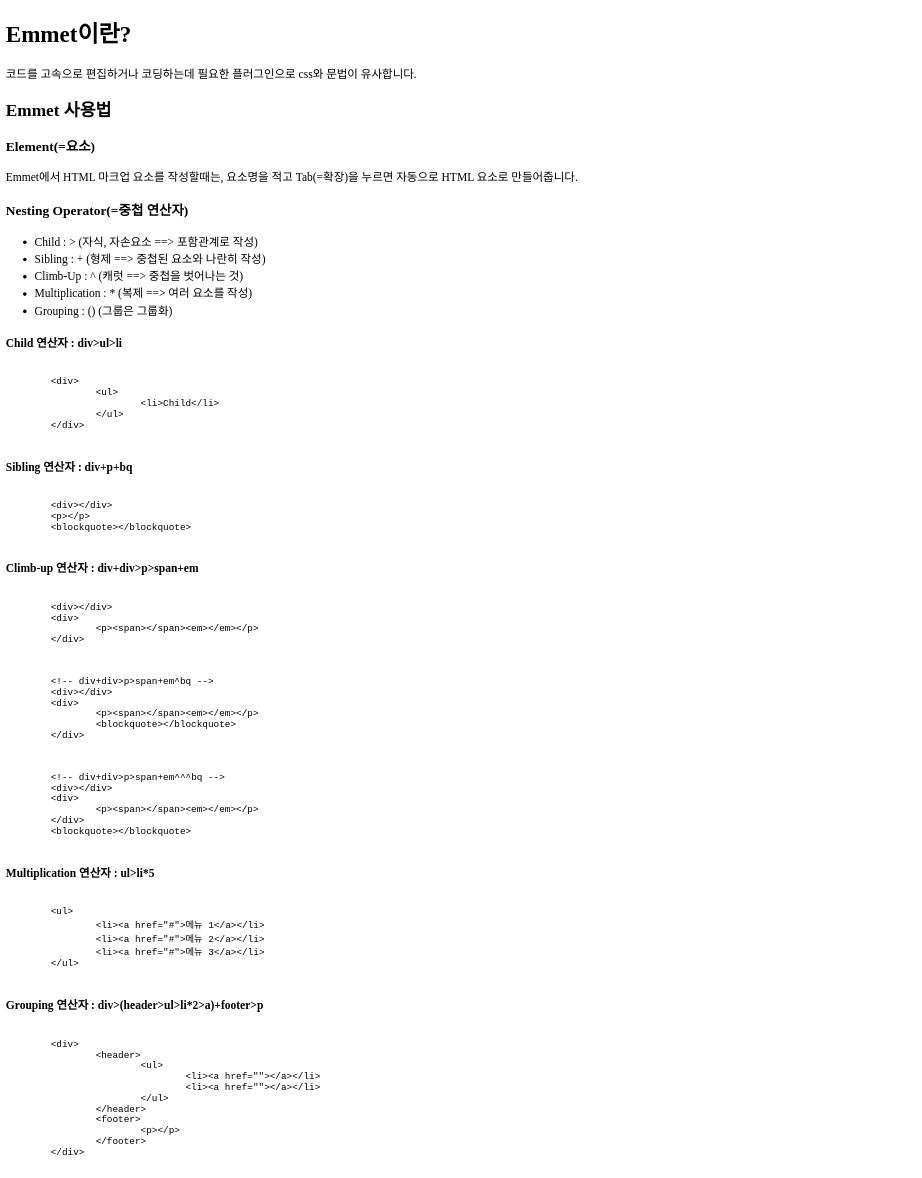
Repository: kvmhyvmvn/Study_WebUI
Page: WorkSpace/CloneCoding1/src/main/webapp/index.html
The author's editor kept a copy of each file at every save. The page is drawn from the files as they stood at one save, then again after the next save.
The browser window is 1280 px wide. The pictures show the whole page, at 72% of full size.

Above is the page before, as saved 2023-05-30 07:29:55.

### WorkSpace/CloneCoding1/src/main/webapp/index.html
<!DOCTYPE html>
<html>
<head>
<meta charset="UTF-8">
<title>수코딩 클론</title>
<meta name="viewport" content="width=device-width, initial-scale=1.0">
</head>
<body>
	<!-- Emmet Syntax 실습 - https://docs.emmet.io/abbreviations/syntax/ -->
	<h1>Emmet이란?</h1>
	<p>코드를 고속으로 편집하거나 코딩하는데 필요한 플러그인으로 css와 문법이 유사합니다.</p>

	<h2>Emmet 사용법</h2>
	<h3>Element(=요소)</h3>
	<p>Emmet에서 HTML 마크업 요소를 작성할때는, 요소명을 적고 Tab(=확장)을 누르면 자동으로 HTML 요소로 만들어줍니다.</p>

	<h3>Nesting Operator(=중첩 연산자)</h3>
	<ul>
		<li>Child : > (자식, 자손요소 ==> 포함관계로 작성)</li>
		<li>Sibling : + (형제 ==> 중첩된 요소와 나란히 작성)</li>
		<li>Climb-Up : ^ (캐럿 ==> 중첩을 벗어나는 것)</li>
		<li>Multiplication : * (복제 ==> 여러 요소를 작성)</li>
		<li>Grouping : () (그룹은 그룹화)</li>
	</ul>

	<h4>Child 연산자 : div>ul>li</h4>
	<xmp>
	<div>
		<ul>
			<li>Child</li>
		</ul>
	</div>
	</xmp>

	<h4>Sibling 연산자 : div+p+bq</h4>
	<xmp>
	<div></div>
	<p></p>
	<blockquote></blockquote>
	</xmp>

	<h4>Climb-up 연산자 : div+div>p>span+em</h4>
	<xmp>
	<div></div>
	<div>
		<p><span></span><em></em></p>
	</div>
	</xmp>

	<xmp>
	<!-- div+div>p>span+em^bq -->
	<div></div>
	<div>
		<p><span></span><em></em></p>
		<blockquote></blockquote>
	</div>
	</xmp>

	<xmp>
	<!-- div+div>p>span+em^^^bq -->
	<div></div>
	<div>
		<p><span></span><em></em></p>
	</div>
	<blockquote></blockquote>
	</xmp>

	<h4>Multiplication 연산자 : ul>li*5</h4>
	<xmp>
	<ul>
		<li><a href="#">메뉴 1</a></li>
		<li><a href="#">메뉴 2</a></li>
		<li><a href="#">메뉴 3</a></li>
	</ul>
	</xmp>

	<h4>Grouping 연산자 : div>(header>ul>li*2>a)+footer>p</h4>
	<xmp>
	<div>
		<header>
			<ul>
				<li><a href=""></a></li>
				<li><a href=""></a></li>
			</ul>
		</header>
		<footer>
			<p></p>
		</footer>
	</div>
	</xmp>

</body>
</html>

After the next save:
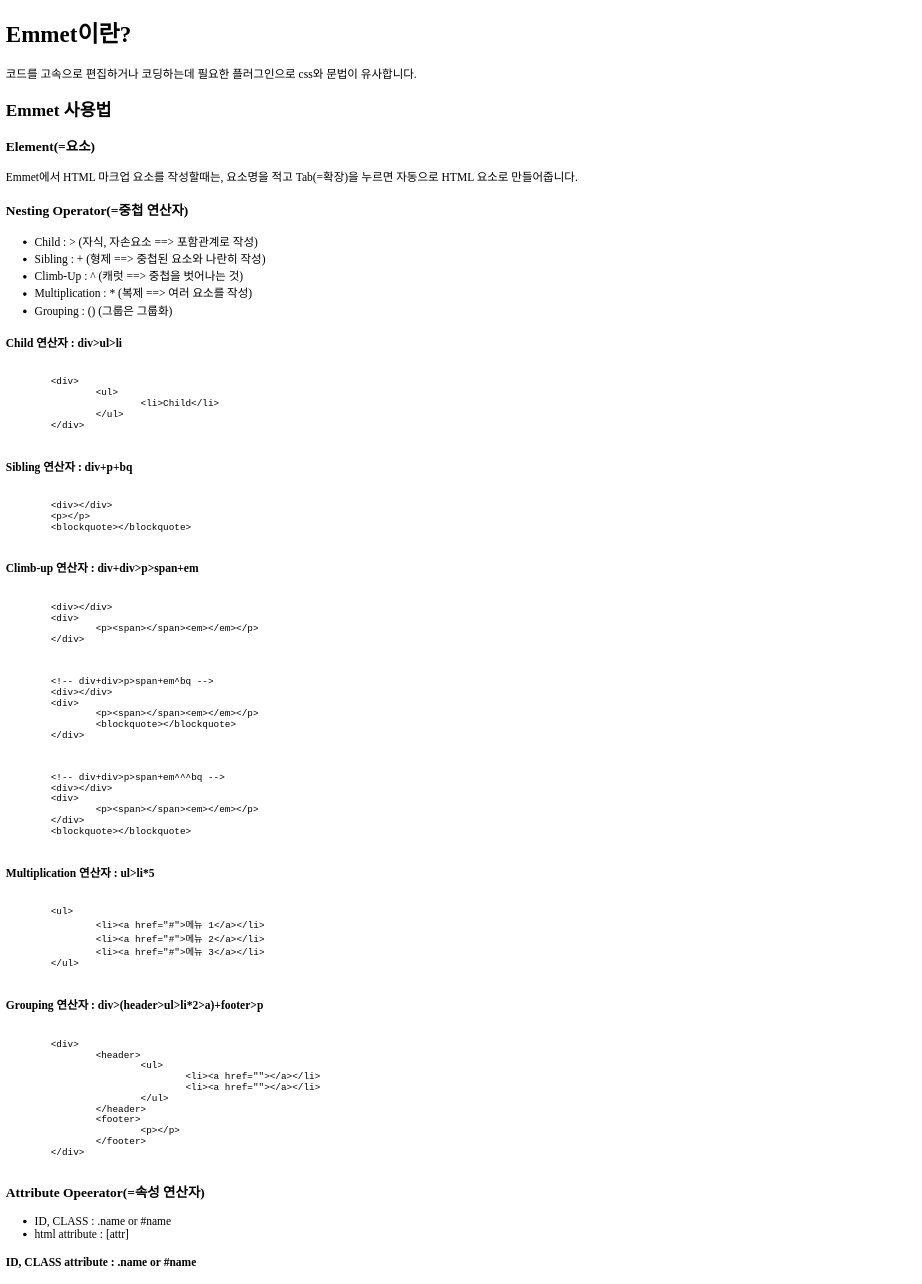
Saved 90 s later.
--- a/WorkSpace/CloneCoding1/src/main/webapp/index.html
+++ b/WorkSpace/CloneCoding1/src/main/webapp/index.html
@@ -89,5 +89,13 @@
 	</div>
 	</xmp>
 
+	<h3>Attribute Opeerator(=속성 연산자)</h3>
+	<ul>
+		<li>ID, CLASS : .name or #name</li>
+		<li>html attribute : [attr]</li>
+	</ul>
+
+	<h4>ID, CLASS attribute : .name or #name</h4>
+
 </body>
 </html>
